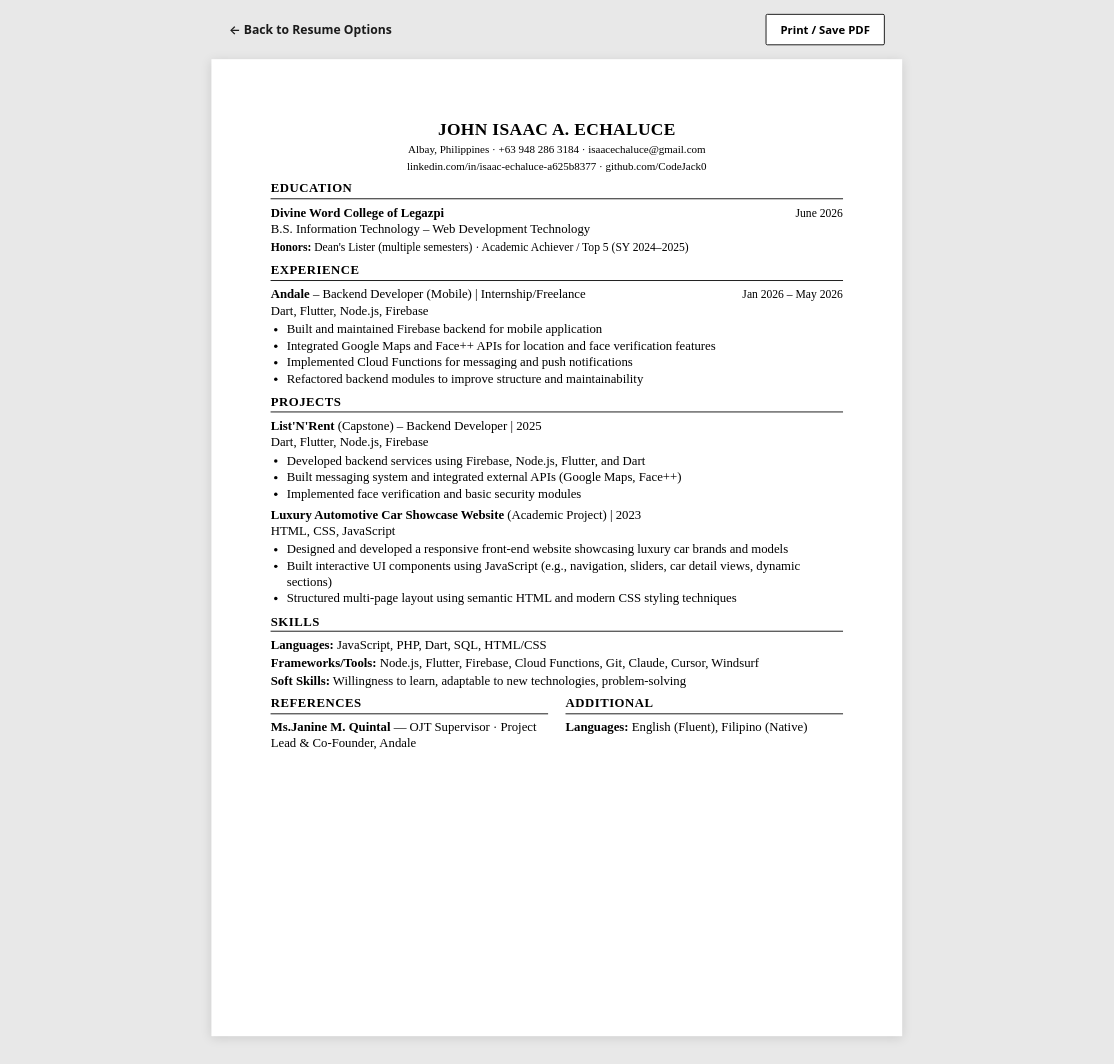
Repository: CodeJack0/Professional_Portfolio
Page: pages/resume_development.html
The author's editor kept a copy of each file at every save. The page is drawn from the files as they stood at one save, then again after the next save.
The browser window is 1280 px wide. The pictures show the whole page, at 87% of full size.

Above is the page before, as saved 2026-05-30 18:50:27.

### pages/resume_development.html
<!DOCTYPE html>
<html lang="en">
<head>
  <meta charset="UTF-8" />
  <meta name="viewport" content="width=device-width, initial-scale=1.0" />
  <meta name="description" content="Resume / CV — John Isaac A. Echaluce, IT Graduate" />
  <title>Resume / CV — John Isaac A. Echaluce</title>
  <link rel="stylesheet" href="../css/resume.css" />
</head>
<body class="resume-page">
  <div class="resume-toolbar no-print">
    <a href="resumes.html" class="toolbar-link">← Back to Resume Options</a>
    <button type="button" class="toolbar-btn" onclick="window.print()">Print / Save PDF</button>
  </div>

  <article class="resume-document" aria-label="Resume">
    <header class="resume-header">
      <h1 class="resume-name">John Isaac A. Echaluce</h1>
      <p class="resume-contact-line">
        Albay, Philippines · <a href="tel:+639482863184">+63 948 286 3184</a> ·
        <a href="mailto:isaacechaluce@gmail.com">isaacechaluce@gmail.com</a>
      </p>
      <p class="resume-contact-line resume-contact-line--links">
        <a href="https://www.linkedin.com/in/isaac-echaluce-a625b8377/" rel="noopener noreferrer">linkedin.com/in/isaac-echaluce-a625b8377</a> ·
        <a href="https://github.com/CodeJack0" rel="noopener noreferrer">github.com/CodeJack0</a>
      </p>
    </header>

    <main class="resume-content">
      <section class="resume-section">
        <h2 class="resume-section-title">Education</h2>

        <div class="entry">
          <div class="entry-row">
            <span class="entry-left"><strong>Divine Word College of Legazpi</strong></span>
            <span class="entry-right">June 2026</span>
          </div>
          <div class="entry-row entry-row--sub">
            <span class="entry-left">B.S. Information Technology – Web Development Technology</span>
          </div>
          <p class="honors-line">
            <strong>Honors:</strong> Dean's Lister (multiple semesters) · Academic Achiever / Top 5 (SY 2024–2025)
          </p>
        </div>
      </section>

      <section class="resume-section">
        <h2 class="resume-section-title">Experience</h2>

        <div class="entry">
          <div class="entry-row">
            <span class="entry-left"><strong>Andale</strong> – Backend Developer (Mobile) | Internship/Freelance</span>
            <span class="entry-right">Jan 2026 – May 2026</span>
          </div>
          <div class="entry-row entry-row--sub">
            <span class="entry-left">Dart, Flutter, Node.js, Firebase</span>
          </div>
          <ul class="resume-list">
            <li>Built and maintained Firebase backend for mobile application</li>
            <li>Integrated Google Maps and Face++ APIs for location and face verification features</li>
            <li>Implemented Cloud Functions for messaging and push notifications</li>
            <li>Refactored backend modules to improve structure and maintainability</li>
          </ul>
        </div>
      </section>

      <section class="resume-section">
        <h2 class="resume-section-title">Projects</h2>

        <div class="entry">
          <div class="entry-row">
            <span class="entry-left"><strong>List'N'Rent</strong> (Capstone) – Backend Developer | 2025</span>
            <span class="entry-right"></span>
          </div>
          <div class="entry-row entry-row--sub">
            <span class="entry-left">Dart, Flutter, Node.js, Firebase</span>
          </div>
          <ul class="resume-list">
            <li>Developed backend services using Firebase, Node.js, Flutter, and Dart</li>
            <li>Built messaging system and integrated external APIs (Google Maps, Face++)</li>
            <li>Implemented face verification and basic security modules</li>
          </ul>
        </div>

        <div class="entry">
          <div class="entry-row">
            <span class="entry-left"><strong>Luxury Automotive Car Showcase Website</strong> (Academic Project) | 2023</span>
            <span class="entry-right"></span>
          </div>
          <div class="entry-row entry-row--sub">
            <span class="entry-left">HTML, CSS, JavaScript</span>
          </div>
          <ul class="resume-list">
            <li>Designed and developed a responsive front-end website showcasing luxury car brands and models</li>
            <li>Built interactive UI components using JavaScript (e.g., navigation, sliders, car detail views, dynamic sections)</li>
            <li>Structured multi-page layout using semantic HTML and modern CSS styling techniques</li>

        </div>


      <section class="resume-section">
        <h2 class="resume-section-title">Skills</h2>
        <p class="skills-line"><strong>Languages:</strong> JavaScript, PHP, Dart, SQL, HTML/CSS</p>
        <p class="skills-line"><strong>Frameworks/Tools:</strong> Node.js, Flutter, Firebase, Cloud Functions, Git, Claude, Cursor, Windsurf</p>
        <p class="skills-line"><strong>Soft Skills:</strong> Willingness to learn, adaptable to new technologies, problem-solving</p>
      </section>


      <section class="resume-section resume-section--combined">
        <div class="resume-two-col">
          <div>
            <h2 class="resume-section-title">References</h2>
            <p class="skills-line"><strong>Ms.Janine M. Quintal</strong> — OJT Supervisor · Project Lead &amp; Co-Founder, Andale</p>
          </div>
          <div>
            <h2 class="resume-section-title">Additional</h2>
            <p class="skills-line"><strong>Languages:</strong> English (Fluent), Filipino (Native)</p>
          </div>
        </div>
      </section>
    </main>
  </article>
</body>
</html>

### css/resume.css
/* Harvard-style resume — conservative, single column, print-first (A4) */

:root {
  --resume-page-width: 210mm;
  --resume-page-height: 297mm;
  --resume-page-margin: 18mm;
}

*,
*::before,
*::after {
  box-sizing: border-box;
}

body.resume-page {
  margin: 0;
  font-family: "Times New Roman", Times, Georgia, serif;
  font-size: 11pt;
  line-height: 1.25;
  color: #000;
  background: #e8e8e8;
  -webkit-font-smoothing: antialiased;
}

/* Toolbar (screen only) */
.resume-toolbar {
  display: flex;
  align-items: center;
  justify-content: space-between;
  max-width: var(--resume-page-width);
  margin: 0 auto;
  padding: 1rem 1.25rem;
  gap: 1rem;
  font-family: system-ui, -apple-system, sans-serif;
}

.toolbar-link {
  font-size: 0.875rem;
  font-weight: 600;
  color: #1a1a1a;
  text-decoration: none;
}

.toolbar-link:hover {
  text-decoration: underline;
}

.toolbar-btn {
  font-family: inherit;
  font-size: 0.8125rem;
  font-weight: 600;
  padding: 0.5rem 1rem;
  border: 1px solid #000;
  border-radius: 2px;
  background: #fff;
  color: #000;
  cursor: pointer;
}

.toolbar-btn:hover {
  background: #f5f5f5;
}

/* Document */
.resume-document {
  width: 100%;
  max-width: var(--resume-page-width);
  min-height: var(--resume-page-height);
  margin: 0 auto 2rem;
  padding: var(--resume-page-margin);
  background: #fff;
  box-shadow: 0 2px 12px rgba(0, 0, 0, 0.12);
}

/* Header */
.resume-header {
  text-align: center;
  margin-bottom: 0.45rem;
}

.resume-name {
  font-size: 15pt;
  font-weight: 700;
  margin: 0 0 0.2rem;
  letter-spacing: 0.02em;
  text-transform: uppercase;
}

.resume-tagline {
  margin: 0;
  font-size: 10pt;
  font-style: italic;
}

.resume-summary {
  margin: 0.35rem auto 0;
  max-width: 95%;
  font-size: 10pt;
  line-height: 1.4;
  text-align: center;
}

.resume-contact-line {
  margin: 0.15rem 0 0;
  font-size: 9.5pt;
  line-height: 1.35;
}

.resume-contact-line--links {
  margin-top: 0.1rem;
}

.resume-contact-line a {
  color: inherit;
  text-decoration: none;
}

.resume-contact-line a:hover {
  text-decoration: underline;
}

.honors-line {
  margin: 0.2rem 0 0;
  font-size: 10pt;
  line-height: 1.35;
}

.entry-note {
  margin: 0.15rem 0 0;
  font-size: 9.5pt;
  font-style: italic;
  line-height: 1.35;
}

/* Sections */
.resume-content {
  margin: 0;
}

.resume-section {
  margin-bottom: 0.45rem;
}

.entry--compact {
  margin-bottom: 0.2rem;
}

.resume-two-col {
  display: grid;
  grid-template-columns: 1fr 1fr;
  gap: 1.25rem;
  align-items: start;
}

.resume-two-col .resume-section-title {
  margin-top: 0;
}

.resume-section--combined {
  margin-bottom: 0;
}

.skills-line--muted {
  font-size: 9.5pt;
  font-style: italic;
}

.resume-section:last-child {
  margin-bottom: 0;
}

.resume-section-title {
  font-size: 11pt;
  font-weight: 700;
  text-transform: uppercase;
  letter-spacing: 0.04em;
  margin: 0.5rem 0 0.35rem;
  padding-bottom: 0.15rem;
  border-bottom: 1px solid #000;
}

.resume-section:first-child .resume-section-title {
  margin-top: 0;
}

/* Entries */
.entry {
  margin-bottom: 0.35rem;
}

.entry:last-child {
  margin-bottom: 0;
}

.entry-row {
  display: flex;
  justify-content: space-between;
  align-items: baseline;
  gap: 1rem;
}

.entry-row--sub {
  margin-top: 0.05rem;
}

.entry-left {
  flex: 1;
  min-width: 0;
}

.entry-right {
  flex-shrink: 0;
  white-space: nowrap;
  font-size: 10pt;
}

/* Lists */
.resume-list {
  margin: 0.15rem 0 0;
  padding-left: 1.15rem;
}

.resume-list li {
  margin-bottom: 0.05rem;
}

.resume-list--plain {
  list-style: disc;
  padding-left: 1.15rem;
}

/* Skills */
.skills-line {
  margin: 0.15rem 0 0;
}

.skills-line:first-of-type {
  margin-top: 0.1rem;
}

.resume-section--inline .skills-line {
  margin-top: 0.1rem;
}

.skills-grid {
  display: grid;
  grid-template-columns: 1fr 1fr;
  gap: 0.75rem;
  margin-top: 0.1rem;
}

.skills-grid .resume-list {
  margin: 0;
}

/* Responsive */
@media (max-width: 640px) {
  .resume-document {
    min-height: auto;
    padding: 1rem;
  }

  .resume-contact-line {
    font-size: 9pt;
  }

  .entry-row {
    flex-direction: column;
    gap: 0.1rem;
  }

  .entry-right {
    white-space: normal;
  }

  .resume-two-col {
    grid-template-columns: 1fr;
    gap: 0.5rem;
  }
}

/* Print */
@media print {
  @page {
    size: A4;
    margin: 0;
  }

  body.resume-page {
    background: #fff;
    font-size: 11pt;
  }

  .no-print {
    display: none !important;
  }

  .resume-document {
    max-width: none;
    min-height: auto;
    margin: 0;
    padding: var(--resume-page-margin);
    box-shadow: none;
  }

  .resume-contact-line a {
    text-decoration: none;
  }

  .entry,
  .resume-section {
    break-inside: avoid;
  }
}

### js/resume-print.js
/**
 * Clean print/PDF: clears page title so browser header shows less text.
 * Pair with @page { margin: 0 } in resume.css and disable "Headers and footers" in print dialog.
 */
(function () {
  let savedTitle = document.title;

  function preparePrint() {
    savedTitle = document.title;
    document.title = " ";
  }

  function restorePrint() {
    if (savedTitle) {
      document.title = savedTitle;
    }
  }

  window.addEventListener("beforeprint", preparePrint);
  window.addEventListener("afterprint", restorePrint);

  window.printResume = function () {
    preparePrint();
    window.print();
    setTimeout(restorePrint, 1500);
  };
})();

After the next save:
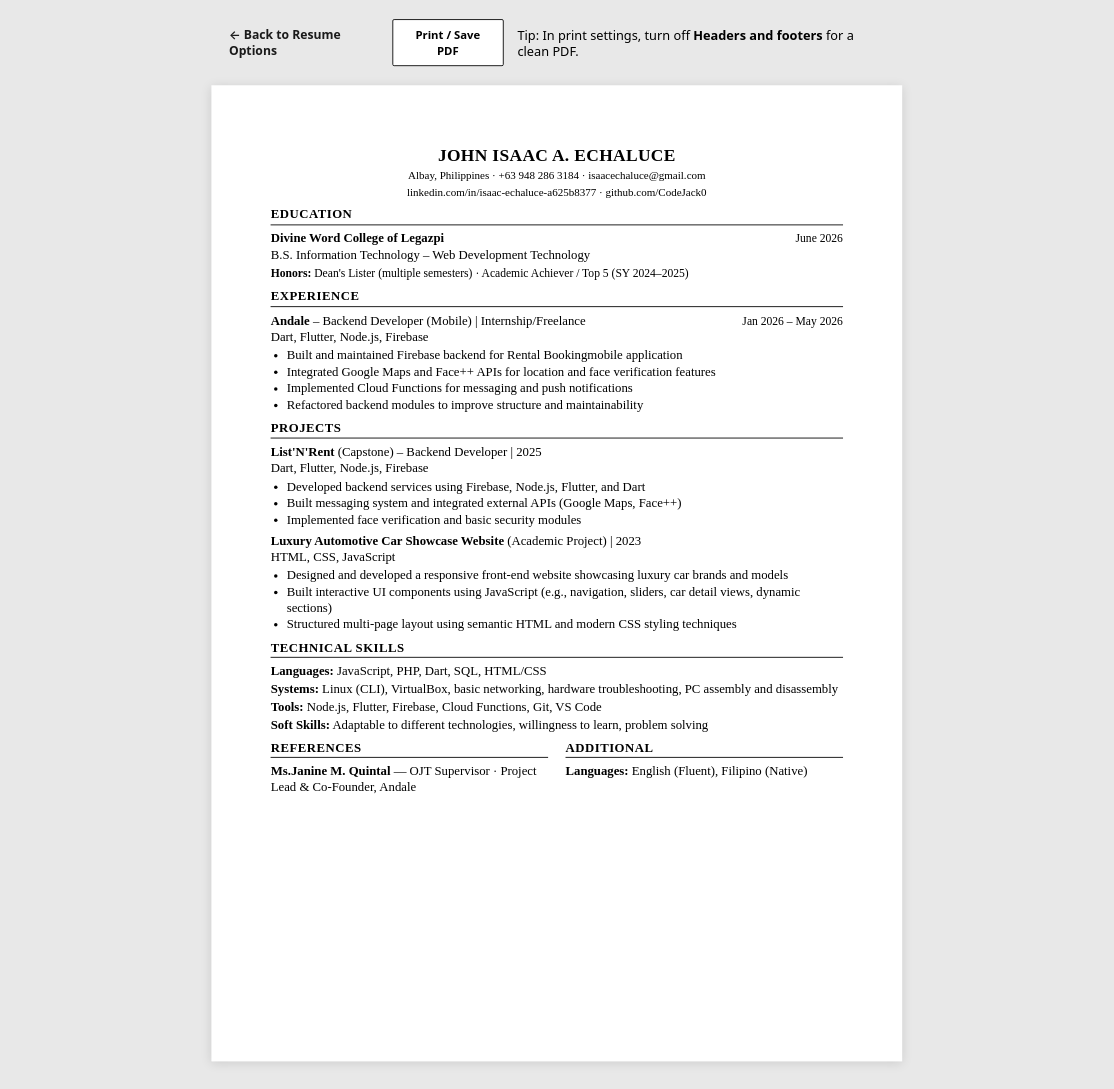
Saved 36 h 57 min later.
--- a/pages/resume_development.html
+++ b/pages/resume_development.html
@@ -4,13 +4,14 @@
   <meta charset="UTF-8" />
   <meta name="viewport" content="width=device-width, initial-scale=1.0" />
   <meta name="description" content="Resume / CV — John Isaac A. Echaluce, IT Graduate" />
-  <title>Resume / CV — John Isaac A. Echaluce</title>
+  <title>Resume</title>
   <link rel="stylesheet" href="../css/resume.css" />
 </head>
 <body class="resume-page">
   <div class="resume-toolbar no-print">
     <a href="resumes.html" class="toolbar-link">← Back to Resume Options</a>
-    <button type="button" class="toolbar-btn" onclick="window.print()">Print / Save PDF</button>
+    <button type="button" class="toolbar-btn" onclick="printResume()">Print / Save PDF</button>
+    <p class="print-hint no-print">Tip: In print settings, turn off <strong>Headers and footers</strong> for a clean PDF.</p>
   </div>
 
   <article class="resume-document" aria-label="Resume">
@@ -56,7 +57,7 @@
             <span class="entry-left">Dart, Flutter, Node.js, Firebase</span>
           </div>
           <ul class="resume-list">
-            <li>Built and maintained Firebase backend for mobile application</li>
+            <li>Built and maintained Firebase backend for Rental Bookingmobile application</li>
             <li>Integrated Google Maps and Face++ APIs for location and face verification features</li>
             <li>Implemented Cloud Functions for messaging and push notifications</li>
             <li>Refactored backend modules to improve structure and maintainability</li>
@@ -99,10 +100,11 @@
 
 
       <section class="resume-section">
-        <h2 class="resume-section-title">Skills</h2>
+        <h2 class="resume-section-title">Technical Skills</h2>
         <p class="skills-line"><strong>Languages:</strong> JavaScript, PHP, Dart, SQL, HTML/CSS</p>
-        <p class="skills-line"><strong>Frameworks/Tools:</strong> Node.js, Flutter, Firebase, Cloud Functions, Git, Claude, Cursor, Windsurf</p>
-        <p class="skills-line"><strong>Soft Skills:</strong> Willingness to learn, adaptable to new technologies, problem-solving</p>
+        <p class="skills-line"><strong>Systems:</strong> Linux (CLI), VirtualBox, basic networking, hardware troubleshooting, PC assembly and disassembly</p>
+        <p class="skills-line"><strong>Tools:</strong> Node.js, Flutter, Firebase, Cloud Functions, Git, VS Code</p>
+        <p class="skills-line"><strong>Soft Skills:</strong> Adaptable to different technologies, willingness to learn, problem solving</p>
       </section>
 
 
@@ -120,5 +122,6 @@
       </section>
     </main>
   </article>
+  <script src="../js/resume-print.js"></script>
 </body>
 </html>
